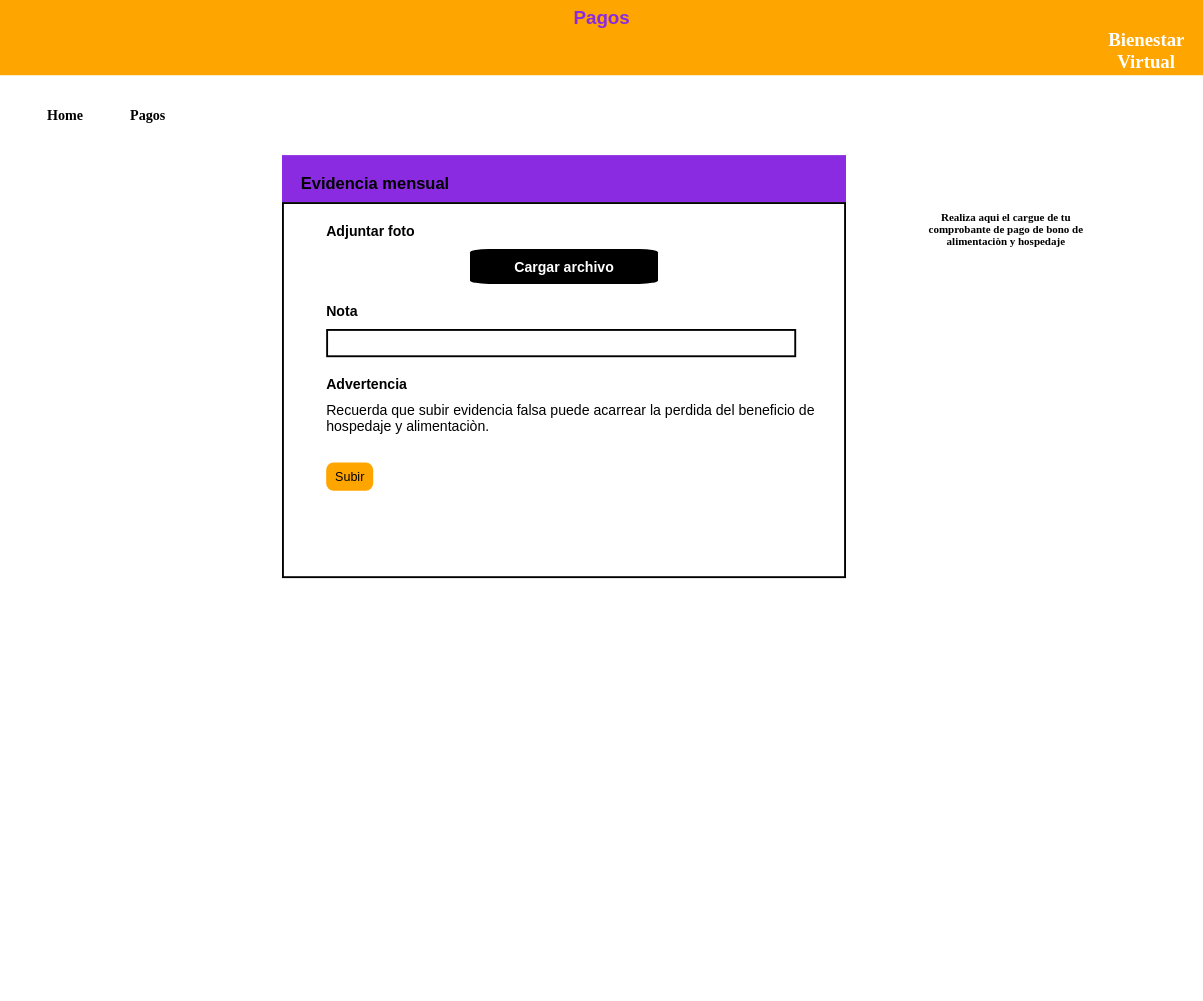
Repository: Diani123/Mis-actividades
Page: softwarebienestarinstitucional/pagos.html
An editor plug-in stored every save of this project. The page is shown before and after the next save, followed by the edit.
The browser window is 1280 px wide. The pictures show the whole page, at 94% of full size.

Above is the page before, as saved 2023-02-12 20:34:04.

After the next save:
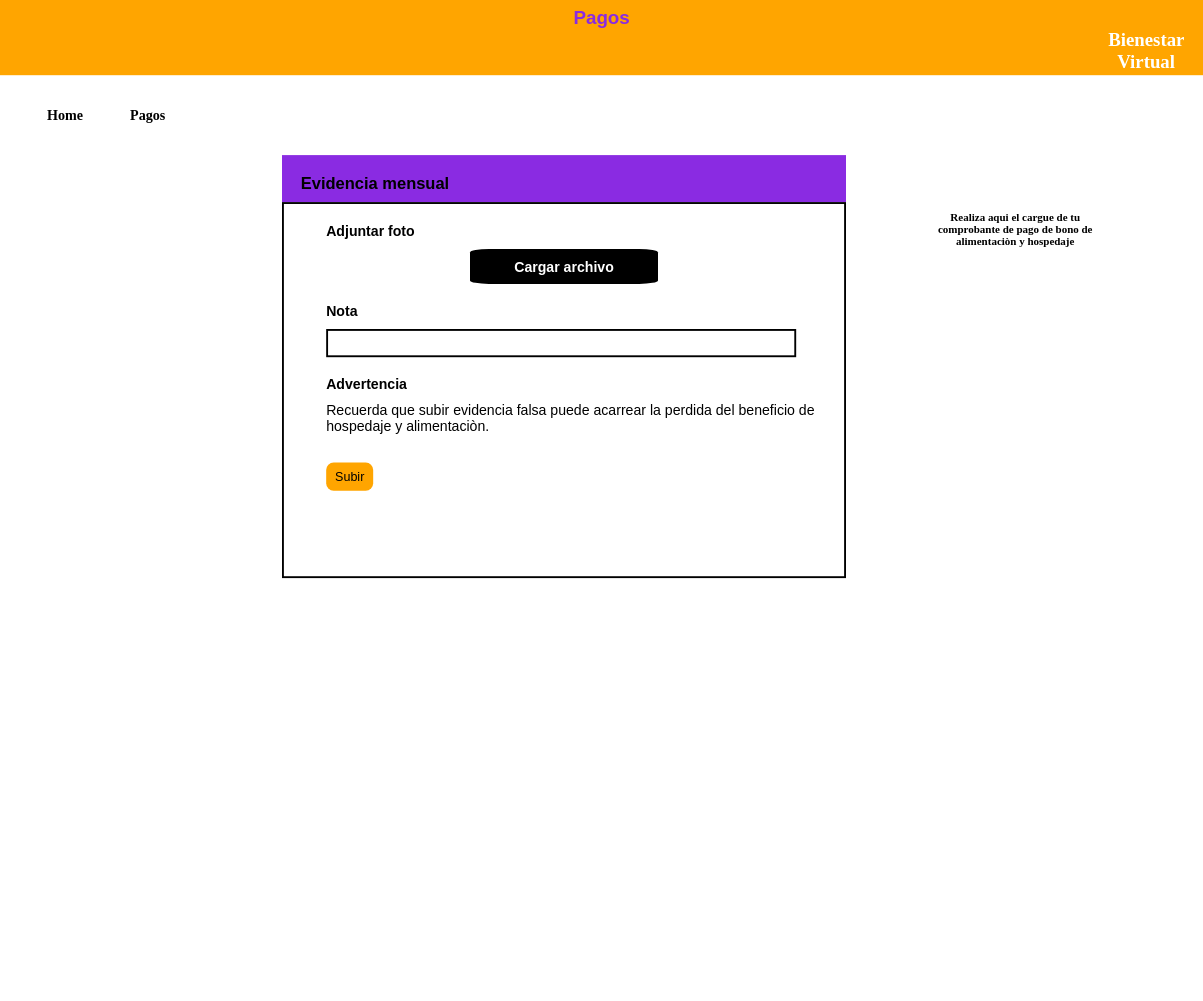
Saved 9 s later.
--- a/softwarebienestarinstitucional/pagos.css
+++ b/softwarebienestarinstitucional/pagos.css
@@ -152,7 +152,7 @@
   top: -1000px;
 }
 .contenedor2{
-  margin-left: 60px;
+  margin-left: 70px;
   margin-top: 60px;
   width: 200px;
   height: 50px;
